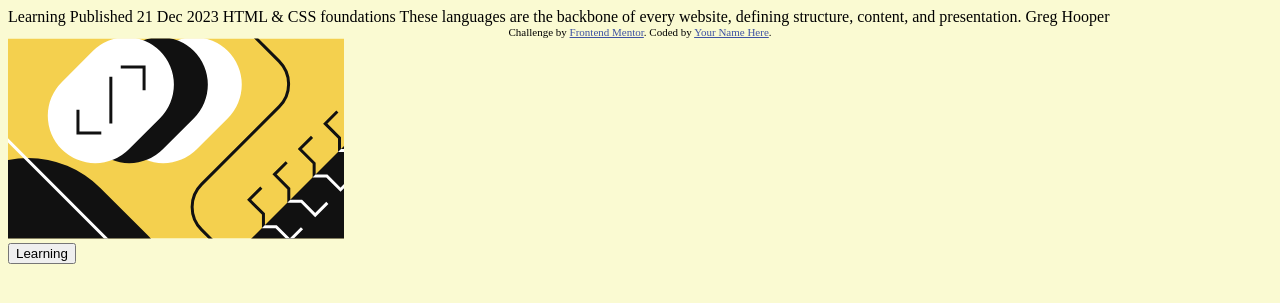
Repository: Dayvid0/FRONTEND_MENTOR_CHALLENGES
Page: index.html
An editor plug-in stored every save of this project. The page is shown before and after the next save, followed by the edit.
The browser window is 1280 px wide. The pictures show the whole page.

Above is the page before, as saved 2025-03-13 12:49:30.

After the next save:
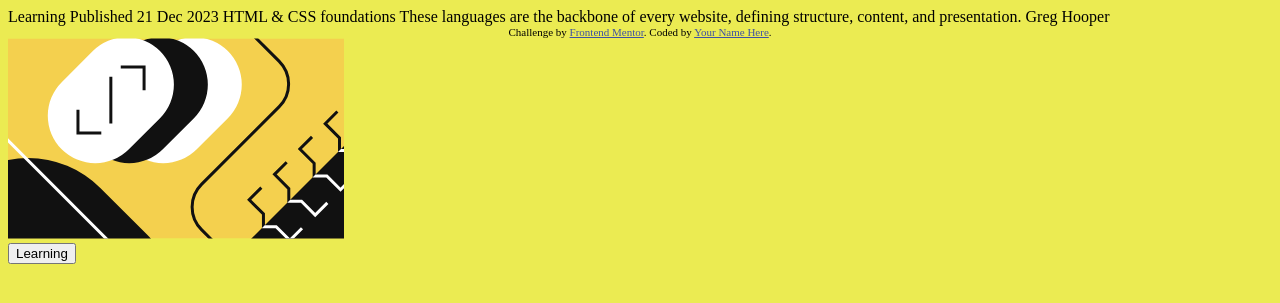
Saved 8 s later.
--- a/index.html
+++ b/index.html
@@ -10,7 +10,7 @@
     .attribution { font-size: 11px; text-align: center; }
     .attribution a { color: hsl(228, 45%, 44%); }
     body {
-      background-color: lightgoldenrodyellow;
+      background-color: rgb(235, 235, 82);
     }
   </style>
 </head>
